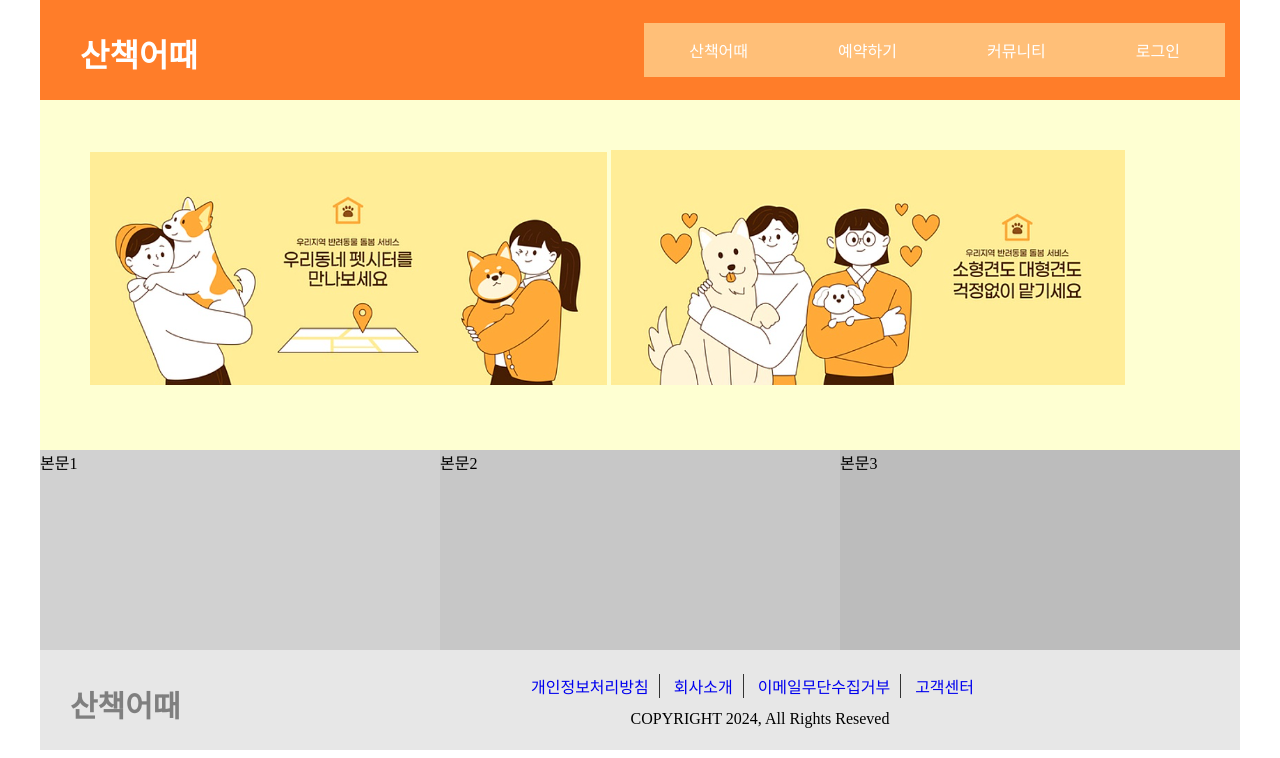
Repository: to-flatwhite1/portfolio
Page: http://localhost/JSP/
The author's editor kept a copy of each file at every save. The page is drawn from the files as they stood at one save, then again after the next save.
The browser window is 1280 px wide. The pictures show the whole page.
The page is served by Tomcat 9.

Above is the page before, as saved 2024-07-04 02:07:44.

After the next save:
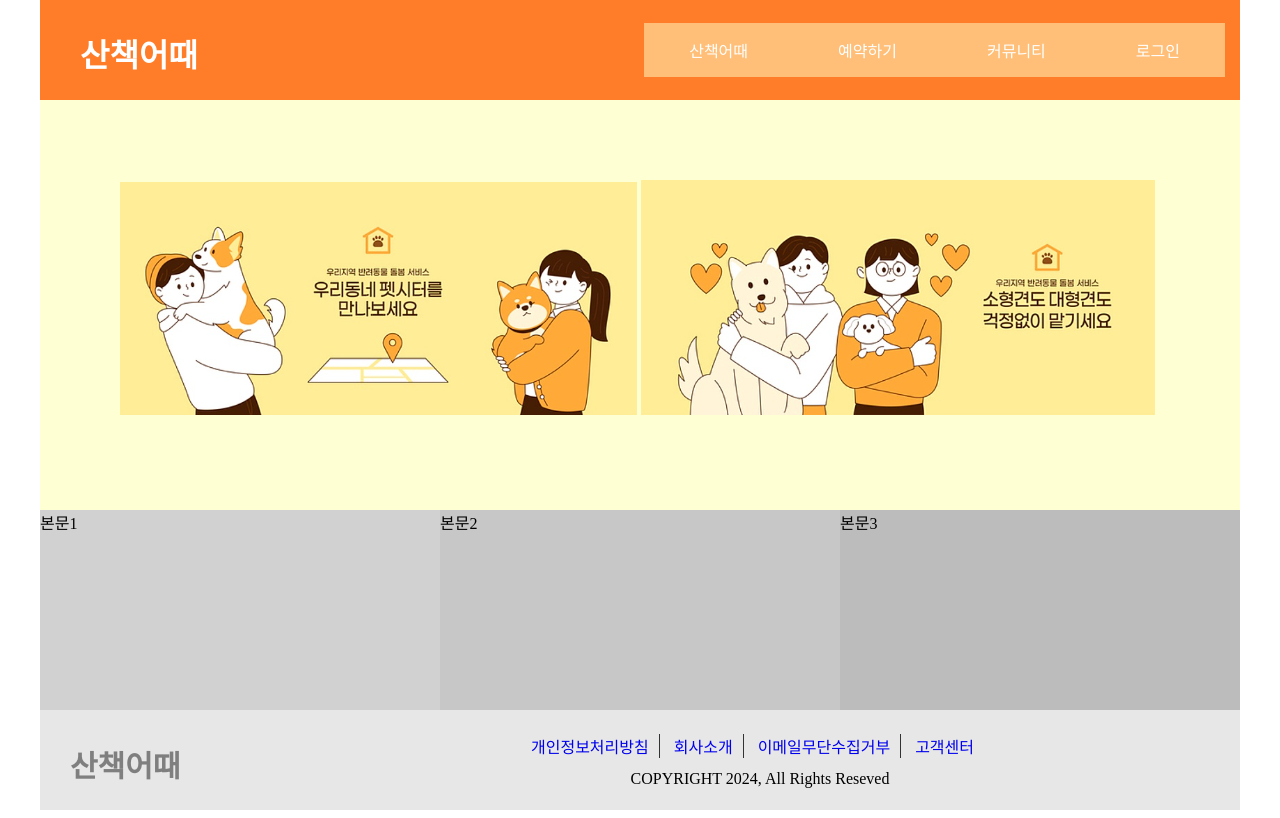
Saved 10 s later.
--- a/JSP/src/main/webapp/index.css
+++ b/JSP/src/main/webapp/index.css
@@ -85,7 +85,7 @@ li {
 #slide .slide_list{
 	width: 100%;
 	height: 250px;
-	padding:50px;
+	padding:80px;
 	background-color: #FEFFD2;
 }
 
